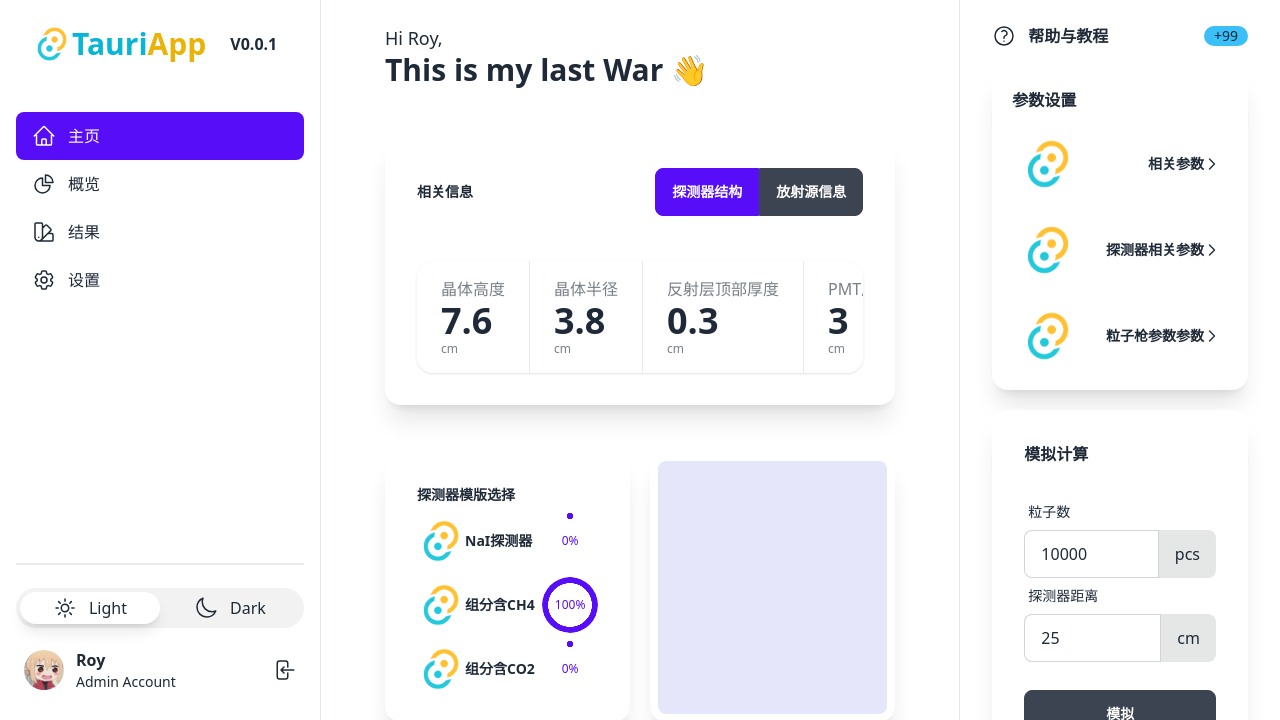
Repository: XMZOVO/tauri-geant4
Page: /
The author's editor kept a copy of each file at every save. The page is drawn from the files as they stood at one save, then again after the next save.
The browser window is 1280 px wide. The pictures show the whole page.
The page's requests for data from a server got no answer. An inner scrolling area shows only its first screen. The project was rebuilt for these pictures with package versions that can differ from the ones it lists, and the page was loaded fresh each time. No one was signed in, and anything a server would have sent is missing. Also part of the build but not shown: vite.config.ts.

Above is the page before, as saved 2022-09-11 18:55:44.

### src/main.ts
import { createApp } from "vue";
import App from "./App.vue";
import "./index.css";
import { Router } from "./router";
import { createPinia } from "pinia";

const pinia = createPinia();

createApp(App).use(pinia).use(Router).mount("#app");

### src/router/index.ts
import { createRouter, createWebHistory } from "vue-router";

const routes = [
  {
    path: "",
    component: () => import("../components/MainWindow.vue"),
    children: [
      {
        path: "",
        component: () => import("../components/Home.vue"),
      },
      {
        path: "Setting",
        component: () => import("../components/Setting.vue"),
      },
      {
        path: "Results",
        component: () => import("../components/Results.vue"),
      },
      {
        path: "Overview",
        component: () => import("../components/Overview.vue"),
      },
      // {
      //   path: "Plan",
      //   component: () => import("../components/Plan.vue"),
      // },
    ],
  },
];

export const Router = createRouter({
  scrollBehavior: () => ({ left: 0, top: 0 }),
  history: createWebHistory(),
  routes,
});

### src/components/Home.vue
<script setup lang="ts">
import { ref, onMounted } from "vue";
import { invoke } from "@tauri-apps/api/tauri";
import { useRouter, onBeforeRouteLeave, onBeforeRouteUpdate } from "vue-router";
import path from "path";
import { exit } from "@tauri-apps/api/process";
import { fetch } from "@tauri-apps/api/http";

const router = useRouter();
const greetMsg = ref("");
const name = ref("");
let specFile = ref("");
let JSRootPath = ref("/JsRoot720/");

let detectorSrc = ref(
  JSRootPath.value +
    "index.htm?nobrowser&file=http://localhost:8080/file/G4Backend/build/rootFiles/test.root&item=Default;1&opt=ssao;transp60"
);

const parametersNames = ref([
  { name: "探测器结构", checked: true },
  { name: "放射源信息", checked: false },
]);
const selectedName = ref("钻井液性能");
const detectorProperties = ref([
  { name: "晶体高度", value: 7.6, unit: "cm" },
  { name: "晶体半径", value: 3.8, unit: "cm" },
  { name: "反射层顶部厚度", value: "0.3", unit: "cm" },
  { name: "PMT厚度", value: 3, unit: "cm" },
]);
const radioactiveProperties = ref([
  { name: "放射性同位素", value: "Co60", unit: "" },
  { name: "粒子数", value: 1000, unit: "" },
  { name: "3", value: 20, unit: "" },
  { name: "4", value: 0.02, unit: "" },
  { name: "5", value: 10, unit: "" },
]);
const overflowParam = ref([
  { name: "NaI探测器", percent: 0 },
  { name: "组分含CH4", percent: 100 },
  { name: "组分含CO2", percent: 0 },
]);
const paticleParameters = ref([
  { name: "粒子数", value: 10000, unit: "pcs" },
  { name: "探测器距离", value: 25, unit: "cm" },
]);
const btnWait = ref("");

async function greet() {
  greetMsg.value = await invoke("greet", { name: name.value });
}

onMounted(async () => {});

const parametersInfoChanged = (name: String) => {
  if (name == "探测器结构") {
    parametersNames.value[0].checked = true;
    parametersNames.value[1].checked = false;
  } else {
    parametersNames.value[0].checked = false;
    parametersNames.value[1].checked = true;
  }
};

const executeCalculate = async () => {
  if (paticleParameters.value[0].value > 10000000) {
    alert("粒子数过大");
    return;
  }
  btnWait.value = "loading";
  const response = await fetch("http://localhost:8080/g4", {
    method: "POST",
    query: {
      ch: detectorProperties.value[0].value.toString(),
      cr: detectorProperties.value[1].value.toString(),
      rtt: detectorProperties.value[2].value.toString(),
      num: paticleParameters.value[0].value.toString(),
    },
  }).then((res) => {
    btnWait.value = "";
    router.push({ path: "/Overview" });
  });
};

const refreshDetector = async () => {
  detectorSrc.value = " ";
  await fetch("http://localhost:8080/gdml", {
    method: "GET",
    query: {
      ch: detectorProperties.value[0].value.toString(),
      cr: detectorProperties.value[1].value.toString(),
      rtt: detectorProperties.value[2].value.toString(),
      pmt: detectorProperties.value[3].value.toString(),
    },
  }).then(() => {
    // let iframe: any = document.getElementById("iframe");
    // iframe.contentWindow.location.reload(true);
    detectorSrc.value =
      JSRootPath.value +
      "index.htm?nobrowser&file=http://localhost:8080/file/G4Backend/build/rootFiles/wtest.root&item=Default;1&opt=ssao;transp60";
  });
};

const exitApp = async () => {
  await exit(1);
};
</script>

<template>
  <!-- <div class="card">
    <input id="greet-input" v-model="name" placeholder="Enter a name..." />
    <button type="button" @click="greet()">Greet</button>
  </div>

  <p>{{ greetMsg }}</p> -->

  <div class="flex h-full w-full">
    <div class="w-2/3 space-y-12 border-r border-base-300 py-6 px-16">
      <div class="h-auto">
        <span class="block text-lg font-normal">Hi Roy,</span>
        <span class="block text-3xl font-bold"
          >This is my last War &#128075;</span
        >
      </div>
      <div class="card h-2/5 w-full shadow-xl">
        <div class="card-body justify-between">
          <div class="flex justify-between">
            <p class="card-title text-sm">相关信息</p>
            <!-- 选择框 -->
            <!-- <div class="form-control w-1/3 max-w-xs">
              <select
                class="select select-bordered focus:outline-none"
                @change="parametersInfoChanged($event)"
              >
                <option v-for="item in parametersNames">{{ item }}</option>
              </select>
            </div> -->
            <div class="btn-group">
              <input
                v-for="item in parametersNames"
                type="radio"
                name="options"
                :data-title="item.name"
                class="btn"
                :checked="item.checked"
                @change="parametersInfoChanged(item.name)"
              />
            </div>
          </div>
          <!-- 统计信息 -->
          <div
            class="stats stats-vertical overflow-hidden shadow lg:stats-horizontal"
          >
            <div
              class="stat"
              v-if="parametersNames[0].checked"
              v-for="item in detectorProperties"
            >
              <div class="stat-title">{{ item.name }}</div>
              <div class="stat-value">{{ item.value }}</div>
              <div class="stat-desc">{{ item.unit }}</div>
            </div>
            <div
              class="stat"
              v-if="parametersNames[1].checked"
              v-for="item in radioactiveProperties"
            >
              <div class="stat-title">{{ item.name }}</div>
              <div class="stat-value">{{ item.value }}</div>
              <div class="stat-desc">{{ item.unit }}</div>
            </div>
          </div>
        </div>
      </div>
      <!-- 底部双卡片 -->
      <div class="flex h-2/5 space-x-5">
        <!-- 1 -->
        <div class="card w-1/2 bg-base-100 shadow-xl">
          <div class="card-body">
            <p class="text-sm font-semibold">探测器模版选择</p>
            <!-- item -->
            <div
              v-for="item in overflowParam"
              class="flex items-center justify-between"
            >
              <img src="../assets/icon.png" class="h-12 w-12" />
              <p class="text-sm font-semibold">{{ item.name }}</p>
              <div
                class="radial-progress text-xs text-primary"
                :style="
                  '--value: ' +
                  item.percent +
                  '; --size: 3.5rem; --thickness: 6px'
                "
              >
                {{ item.percent }}%
              </div>
            </div>
          </div>
        </div>
        <!-- 2 -->
        <div class="card w-1/2 bg-base-100 shadow-xl">
          <div class="card-body p-2">
            <iframe
              :src="detectorSrc"
              frameborder="0"
              class="h-full w-full rounded-lg"
            ></iframe>
            <!-- <div class="h-full w-full bg-black" id="drawing"></div> -->
          </div>
        </div>
      </div>
    </div>

    <!-- 右侧 -->
    <div class="w-1/3 flex-col space-y-5 px-8 pt-6">
      <!-- 帮助 -->
      <div class="flex items-center justify-between">
        <div class="flex items-center space-x-3">
          <svg
            xmlns="http://www.w3.org/2000/svg"
            fill="none"
            viewBox="0 0 24 24"
            stroke-width="1.5"
            stroke="currentColor"
            class="h-6 w-6"
          >
            <path
              stroke-linecap="round"
              stroke-linejoin="round"
              d="M9.879 7.519c1.171-1.025 3.071-1.025 4.242 0 1.172 1.025 1.172 2.687 0 3.712-.203.179-.43.326-.67.442-.745.361-1.45.999-1.45 1.827v.75M21 12a9 9 0 11-18 0 9 9 0 0118 0zm-9 5.25h.008v.008H12v-.008z"
            />
          </svg>
          <label class="font-bold">帮助与教程</label>
        </div>
        <div class="badge badge-info">+99</div>
      </div>
      <!-- 帮助 -->
      <!-- 卡1 -->
      <div class="flex space-x-5">
        <div class="card w-full overflow-visible bg-base-100 shadow-xl">
          <div class="card-body p-5">
            <div class="flex-col space-y-5">
              <p class="text-md font-bold">参数设置</p>

              <!-- 溢流物 -->
              <div class="dropdown-left dropdown w-full">
                <div
                  tabindex="0"
                  class="flex items-center justify-between rounded-xl px-2 py-1 duration-300 hover:cursor-pointer hover:bg-primary hover:text-base-100"
                >
                  <img src="../assets/icon.png" class="h-14 w-14 rounded-xl" />
                  <div class="flex items-center">
                    <p class="text-sm font-bold">相关参数</p>
                    <svg
                      xmlns="http://www.w3.org/2000/svg"
                      fill="none"
                      viewBox="0 0 24 24"
                      stroke-width="2"
                      stroke="currentColor"
                      class="h-4 w-4"
                    >
                      <path
                        stroke-linecap="round"
                        stroke-linejoin="round"
                        d="M8.25 4.5l7.5 7.5-7.5 7.5"
                      />
                    </svg>
                  </div>
                </div>
                <!-- 浮动窗口 -->
                <div
                  tabindex="0"
                  class="card dropdown-content rounded-box w-full bg-base-100 shadow"
                >
                  <div class="card-body space-y-3">
                    <p class="font-bold">设置相关参数</p>
                    <div
                      v-for="item in overflowParam"
                      class="flex items-center justify-between"
                    >
                      <p>{{ item.name }}</p>
                      <p class="font-bold text-primary">{{ item.percent }}%</p>
                      <input
                        type="range"
                        min="0"
                        max="100"
                        v-model="item.percent"
                        class="range range-xs w-1/2"
                        step="1"
                      />
                    </div>
                  </div>
                </div>
              </div>
              <!-- 溢流物 -->
              <!-- 钻井液 -->
              <div class="dropdown-left dropdown w-full">
                <div
                  tabindex="0"
                  class="flex items-center justify-between rounded-xl px-2 py-1 duration-300 hover:cursor-pointer hover:bg-primary hover:text-base-100"
                >
                  <img src="../assets/icon.png" class="h-14 w-14 rounded-xl" />
                  <div class="flex items-center">
                    <p class="text-sm font-bold">探测器相关参数</p>
                    <svg
                      xmlns="http://www.w3.org/2000/svg"
                      fill="none"
                      viewBox="0 0 24 24"
                      stroke-width="2"
                      stroke="currentColor"
                      class="h-4 w-4"
                    >
                      <path
                        stroke-linecap="round"
                        stroke-linejoin="round"
                        d="M8.25 4.5l7.5 7.5-7.5 7.5"
                      />
                    </svg>
                  </div>
                </div>
                <!-- 浮动窗口 -->
                <div
                  tabindex="0"
                  class="card dropdown-content rounded-box w-96 bg-base-100 shadow"
                >
                  <div class="card-body space-y-1">
                    <div class="flex items-center">
                      <p class="font-bold">设置探测器参数</p>
                      <button class="btn btn-xs" @click="refreshDetector">
                        刷新探测器模型
                      </button>
                    </div>
                    <div
                      v-for="item in detectorProperties"
                      class="form-control"
                    >
                      <label class="label">
                        <span class="label-text">{{ item.name }}</span>
                      </label>
                      <label class="input-group">
                        <input
                          type="text"
                          v-model="item.value"
                          class="input input-bordered w-3/4 focus:outline-none"
                        />
                        <span class="w-1/4">{{ item.unit }}</span>
                      </label>
                    </div>
                  </div>
                </div>
              </div>
              <!-- 钻井液 -->
              <!-- 节流压 -->
              <div class="dropdown-left dropdown w-full">
                <div
                  tabindex="0"
                  class="flex items-center justify-between rounded-xl px-2 py-1 duration-300 hover:cursor-pointer hover:bg-primary hover:text-base-100"
                >
                  <img src="../assets/icon.png" class="h-14 w-14 rounded-xl" />
                  <div class="flex items-center">
                    <p class="text-sm font-bold">粒子枪参数参数</p>
                    <svg
                      xmlns="http://www.w3.org/2000/svg"
                      fill="none"
                      viewBox="0 0 24 24"
                      stroke-width="2"
                      stroke="currentColor"
                      class="h-4 w-4"
                    >
                      <path
                        stroke-linecap="round"
                        stroke-linejoin="round"
                        d="M8.25 4.5l7.5 7.5-7.5 7.5"
                      />
                    </svg>
                  </div>
                </div>
                <!-- 浮动窗口 -->
                <div
                  tabindex="0"
                  class="card dropdown-content rounded-box w-96 bg-base-100 shadow"
                >
                  <div class="card-body space-y-3">
                    <p class="font-bold">设置粒子枪参数</p>
                    <div
                      v-for="item in radioactiveProperties"
                      class="form-control"
                    >
                      <label class="label">
                        <span class="label-text">{{ item.name }}</span>
                      </label>
                      <label class="input-group">
                        <input
                          type="text"
                          v-model="item.value"
                          class="input input-bordered w-3/4 focus:outline-none"
                        />
                        <span class="w-1/4">{{ item.unit }}</span>
                      </label>
                    </div>
                  </div>
                </div>
              </div>
              <!-- 节流压 -->
            </div>
          </div>
        </div>
      </div>
      <!-- 卡2 -->
      <div class="flex space-x-5">
        <div class="card w-full bg-base-100 shadow-xl">
          <div class="card-body space-y-5">
            <p class="text-md font-bold">模拟计算</p>
            <div>
              <div v-for="item in paticleParameters" class="form-control">
                <label class="label">
                  <span class="label-text">{{ item.name }}</span>
                </label>
                <label class="input-group">
                  <input
                    type="text"
                    placeholder="0.01"
                    v-model="item.value"
                    class="input input-bordered w-full focus:outline-none"
                  />
                  <span>{{ item.unit }}</span>
                </label>
              </div>
            </div>
            <!-- 计算 -->
            <button :class="'btn w-full ' + btnWait" @click="executeCalculate">
              模拟
            </button>
          </div>
        </div>
      </div>
    </div>
  </div>
</template>

<style scoped></style>

Loaded but not shown: index.html (common file); src/App.vue (common file); src/index.css (common file); tailwind.config.cjs (common file); public/JsRoot720/modules/d3.mjs (library); public/JsRoot720/modules/gui/HierarchyPainter.mjs (library); public/JsRoot720/modules/io.mjs (3859 lines, source omitted); public/JsRoot720/modules/gpad/TFramePainter.mjs (2781 lines, source omitted); public/JsRoot720/modules/gpad/TPadPainter.mjs (2078 lines, source omitted); public/JsRoot720/modules/gui/menu.mjs (1573 lines, source omitted); public/JsRoot720/modules/core.mjs (1681 lines, source omitted); public/JsRoot720/modules/gui/display.mjs (1711 lines, source omitted); public/JsRoot720/modules/base/ObjectPainter.mjs (1608 lines, source omitted); public/JsRoot720/modules/base/math.mjs (2061 lines, source omitted); public/JsRoot720/modules/gpad/TAxisPainter.mjs (1330 lines, source omitted); public/JsRoot720/modules/hist/TPavePainter.mjs (1257 lines, source omitted); public/JsRoot720/modules/base/latex.mjs (1324 lines, source omitted); public/JsRoot720/modules/draw.mjs (618 lines, source omitted); public/JsRoot720/modules/gui/utils.mjs (511 lines, source omitted); public/JsRoot720/modules/gpad/TCanvasPainter.mjs (756 lines, source omitted); public/JsRoot720/modules/base/BasePainter.mjs (670 lines, source omitted); public/JsRoot720/modules/base/TAttFillHandler.mjs (343 lines, source omitted); public/JsRoot720/modules/base/TAttMarkerHandler.mjs (292 lines, source omitted); public/JsRoot720/modules/gui.mjs (206 lines, source omitted); public/JsRoot720/modules/base/colors.mjs (172 lines, source omitted); public/JsRoot720/modules/base/TAttLineHandler.mjs (166 lines, source omitted); public/JsRoot720/modules/base/FontHandler.mjs (139 lines, source omitted); src/components/MainWindow.vue (303 lines, source omitted)

After the next save:
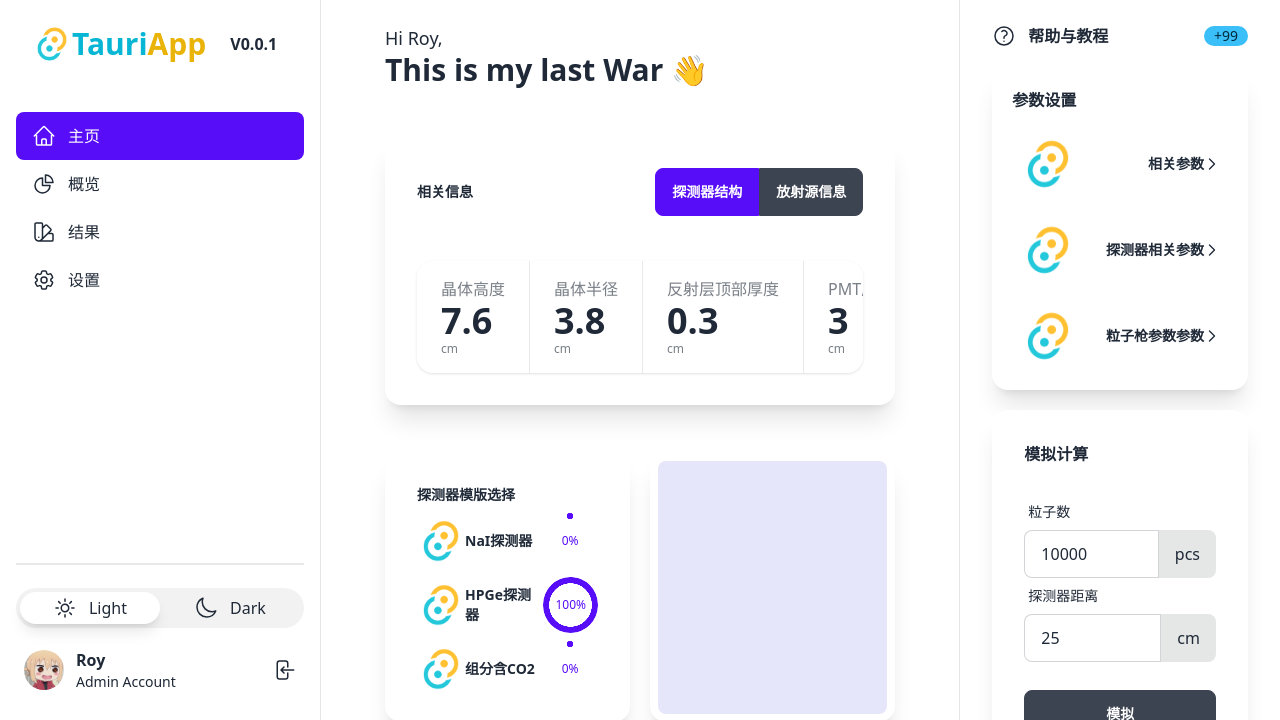
Saved 12 s later.
--- a/src/components/Home.vue
+++ b/src/components/Home.vue
@@ -37,7 +37,7 @@ const radioactiveProperties = ref([
 ]);
 const overflowParam = ref([
   { name: "NaI探测器", percent: 0 },
-  { name: "组分含CH4", percent: 100 },
+  { name: "HPGe探测器", percent: 100 },
   { name: "组分含CO2", percent: 0 },
 ]);
 const paticleParameters = ref([
